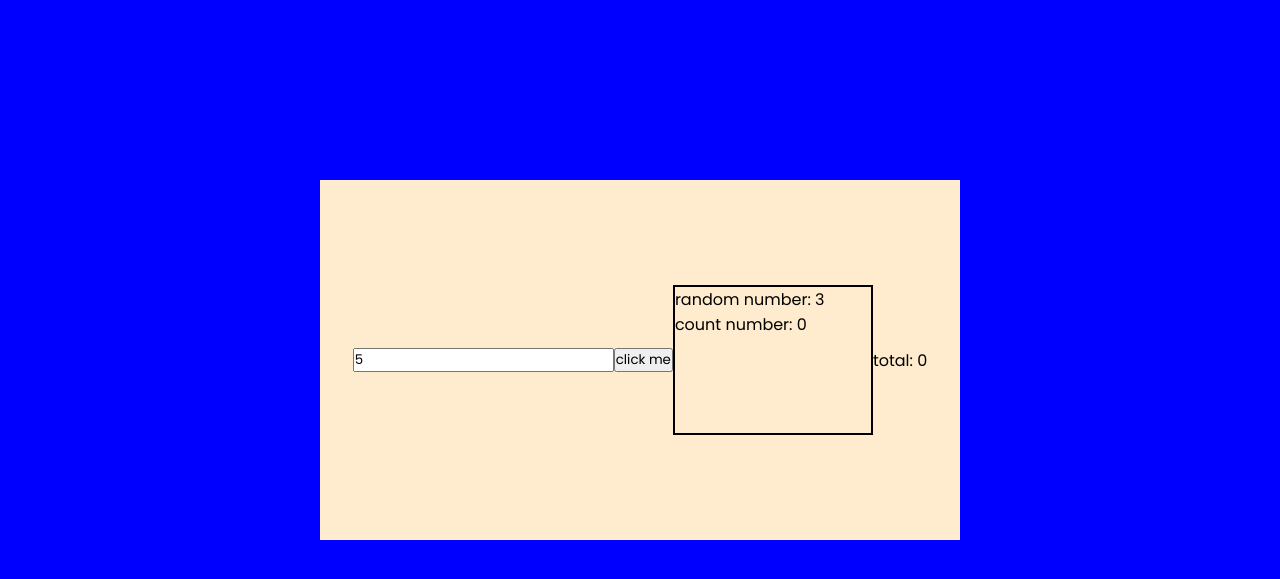
Repository: NarekTovmasyan/promise
Page: inex.html
These files come from the project's save history. The page is drawn as it stood at one moment and after the next save; the edit follows.
The browser window is 1280 px wide. The pictures show the whole page.
Empty fields were first filled with sample values (such as "Sample", 5 or name@example.com).
After loading, the first visible `#button` was clicked once.

Above is the page before, as saved 2022-02-22 18:15:12.

After the next save:
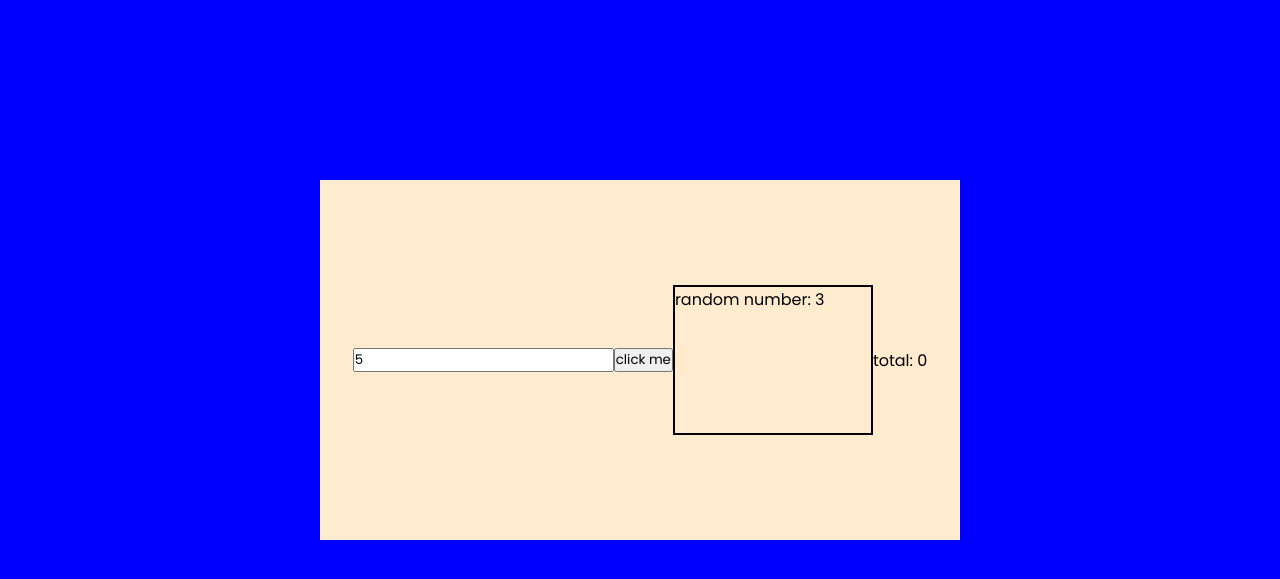
Saved 108 s later.
--- a/script.js
+++ b/script.js
@@ -89,8 +89,8 @@
         p2Text.innerText = `count number: ${result}`;
         sum.innerText = `total: ${totalCount}`;
     }).catch(function(param) {
-        totalCount += param;
-        p2Text.innerText = `count number: ${param}`;
+        if (param !== 0)
+            p2Text.innerText = `count number: ${param}`;
         sum.innerText = `total: ${totalCount}`;
     })
 

After the save that followed:
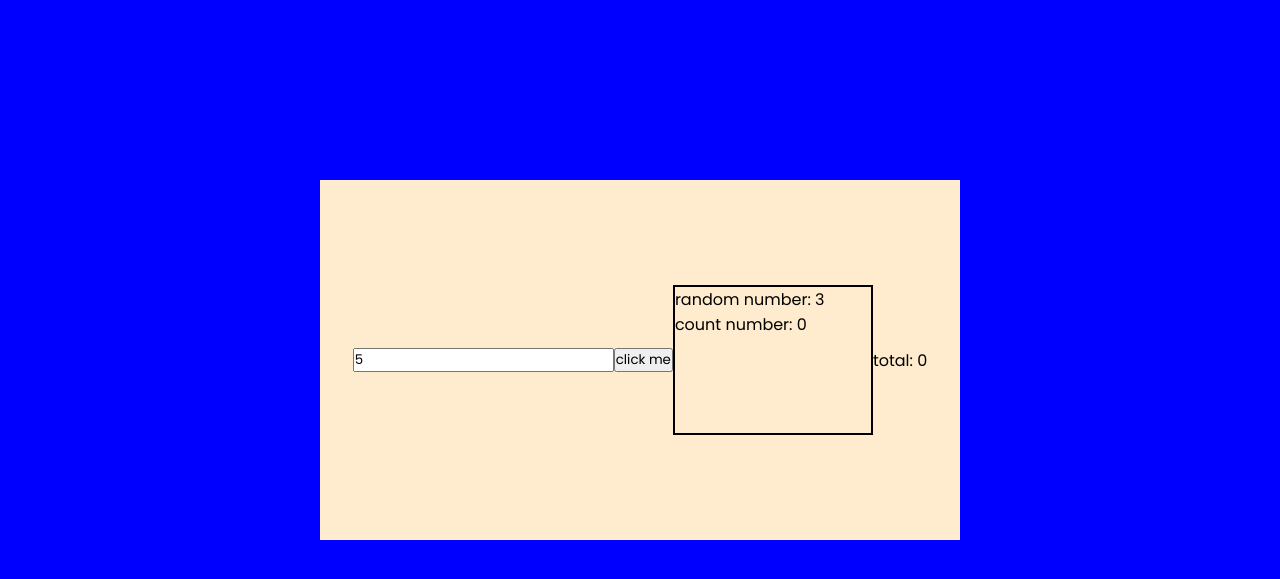
Saved 37 s later.
--- a/script.js
+++ b/script.js
@@ -89,8 +89,13 @@
         p2Text.innerText = `count number: ${result}`;
         sum.innerText = `total: ${totalCount}`;
     }).catch(function(param) {
-        if (param !== 0)
-            p2Text.innerText = `count number: ${param}`;
+        if (param !== 0) {
+            totalCount += param;
+        } else {
+            totalCount = 0;
+        }
+
+        p2Text.innerText = `count number: ${param}`;
         sum.innerText = `total: ${totalCount}`;
     })
 
